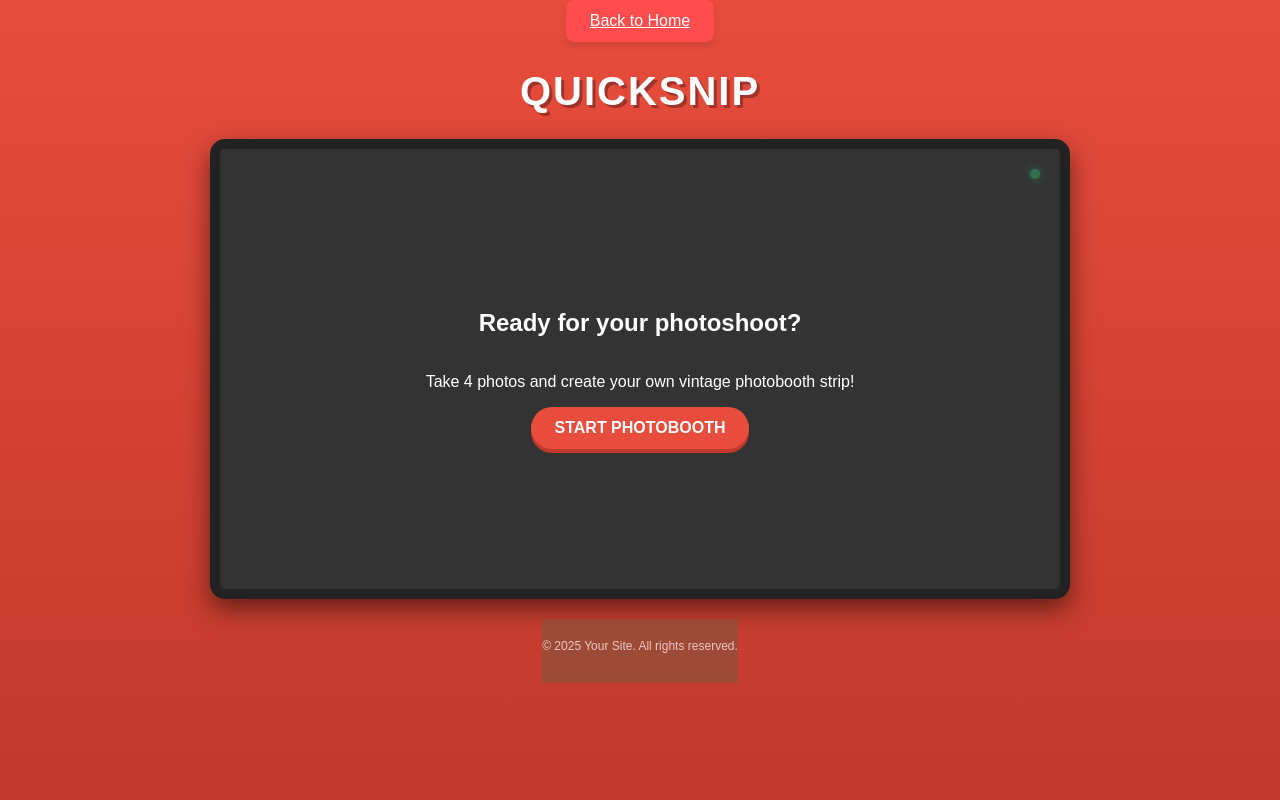
Repository: Strawb3rryjam/QuickSnip
Page: photobooth.html
These files come from the project's save history. The page is drawn as it stood at one moment and after the next save; the edit follows.
The browser window is 1280 px wide. The pictures show the whole page.
Some web fonts or font styles are not loaded; a fallback is used.

Above is the page before, as saved 2025-05-08 15:49:49.

After the next save:
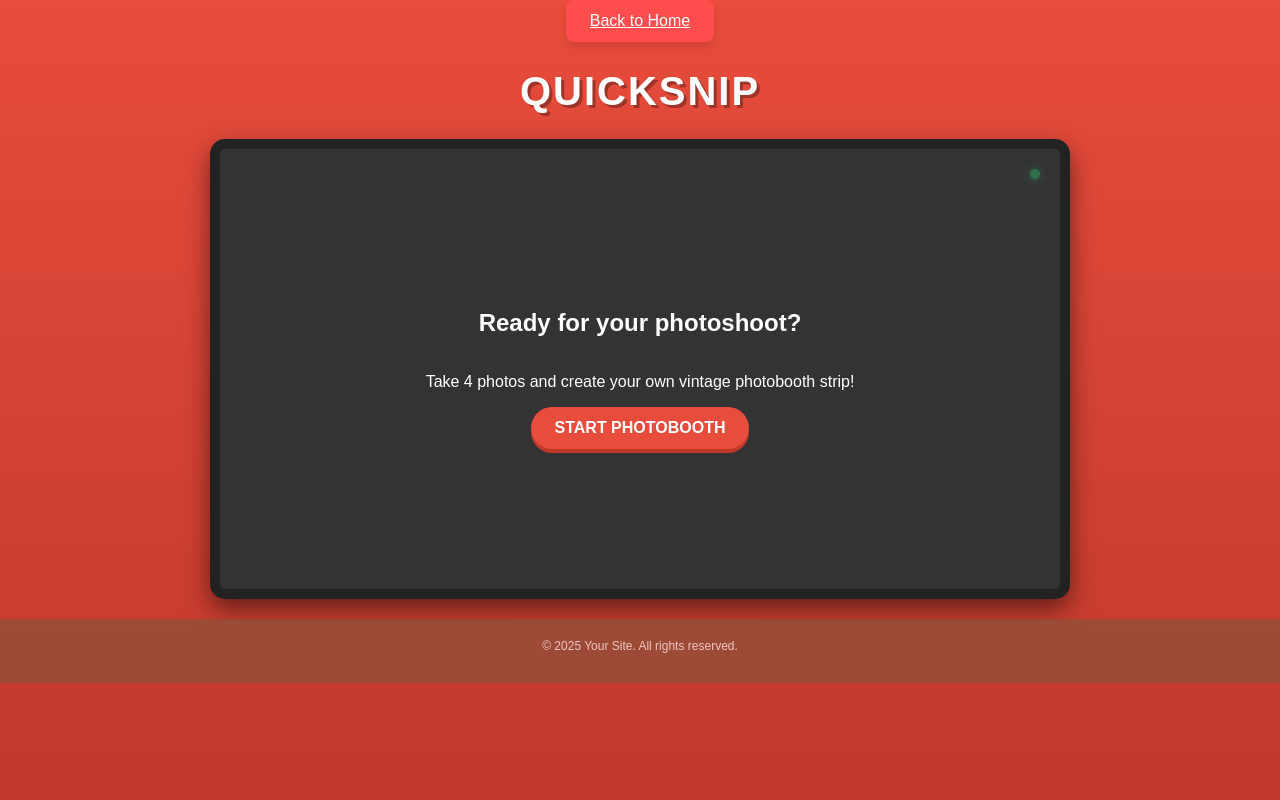
Saved 12 s later.
--- a/styles.css
+++ b/styles.css
@@ -311,4 +311,5 @@ button:disabled {
   text-align: center;
   background-color: #8C523B;
   padding: 20px 0 30px;
-}
+  width: 100%;
+}
